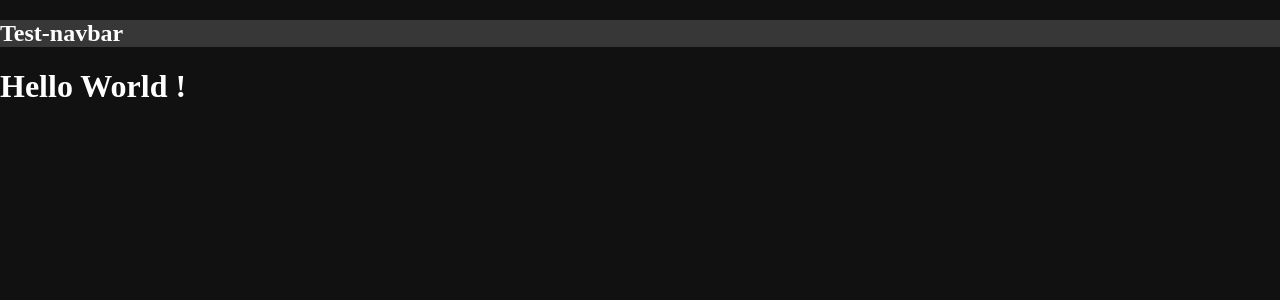
Repository: lolo298/lolo298.github.io
Page: index.html
The author's editor kept a copy of each file at every save. The page is drawn from the files as they stood at one save, then again after the next save.
The browser window is 1280 px wide. The pictures show the whole page.

Above is the page before, as saved 2022-05-09 16:29:36.

### index.html
<!DOCTYPE html>
<html lang="en">

<head>
    <meta charset="UTF-8">
    <meta http-equiv="X-UA-Compatible" content="IE=edge">
    <meta name="viewport" content="width=device-width, initial-scale=1.0">
    <link rel="stylesheet" href="css/style.css">
    <title>Portfolio</title>
</head>

<body>
    <div class="main-container">
        <nav class="main-navbar">
            <h2>Test-navbar</h2>
        </nav>
        <h1>Hello World !</h1>

    </div>

</body>

</html>

### css/style.css
html {
    background-color: #111111;
    color: white;
}

.main-navbar {
    background-color: #373737;
    height: 50%;
}

body,
.main-navbar {
    padding: 0;
    margin: 0;
}

After the next save:
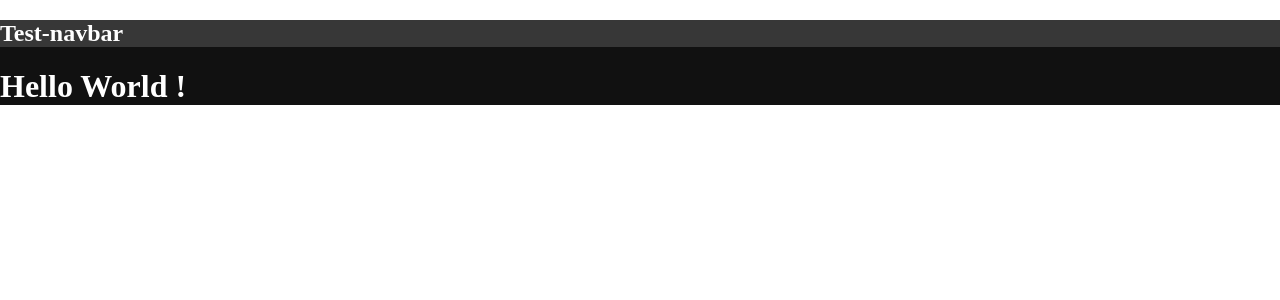
Saved 107 s later.
--- a/css/style.css
+++ b/css/style.css
@@ -1,6 +1,8 @@
-html {
+.main-container {
     background-color: #111111;
     color: white;
+    width: 100%;
+    height: 100%;
 }
 
 .main-navbar {
